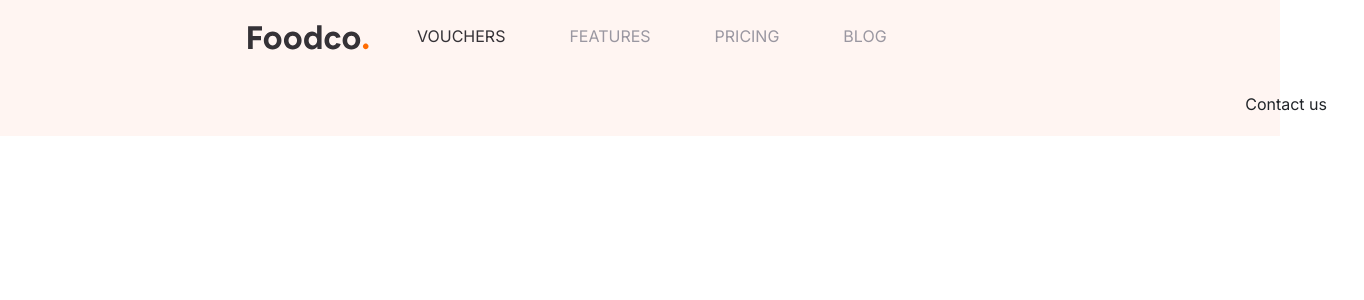
Repository: badhon252/Foodco
Page: index.html
These files come from the project's save history. The page is drawn as it stood at one moment and after the next save; the edit follows.
The browser window is 1280 px wide. The page is 1364 px wide, so the pictures cover 1364 px, including what lies to the right of the window. The pictures show the whole page.
The style sheet was rebuilt from its Sass, Less or Tailwind sources for each picture, by a compiler version that may differ from the author's.

Above is the page before, as saved 2022-09-15 15:15:48.

### index.html
<!DOCTYPE html>
<html lang="en">

<head>
    <meta charset="UTF-8">
    <meta http-equiv="X-UA-Compatible" content="IE=edge">
    <meta name="viewport" content="width=device-width, initial-scale=1.0">
    <!-- bootstrap cdn link  -->
    <!-- I'm using bootstrap 5 for this project, Let's code!  -->
    <!-- CSS only -->
    <link href="https://cdn.jsdelivr.net/npm/bootstrap@5.2.1/dist/css/bootstrap.min.css" rel="stylesheet"
        integrity="sha384-iYQeCzEYFbKjA/T2uDLTpkwGzCiq6soy8tYaI1GyVh/UjpbCx/TYkiZhlZB6+fzT" crossorigin="anonymous">

    <link rel="stylesheet" href="scss/style.css">
    <title>FoodCo</title>
</head>

<body>

    <main id="header">
        <header class="container">






            <nav class="navbar navbar-expand-lg py-3">
                <div class="container-fluid">
                    <a class="navbar-brand" href="#"><img src="./image/logo.svg" alt=""></a>
                    <button class="navbar-toggler" type="button" data-bs-toggle="collapse" data-bs-target="#navbarNav"
                        aria-controls="navbarNav" aria-expanded="false" aria-label="Toggle navigation">
                        <span class="navbar-toggler-icon"></span>
                    </button>
                    <div class="collapse navbar-collapse" id="navbarNav">
                        <ul class="navbar-nav">
                            <li class="nav-item">
                                <a class="nav-link active" aria-current="page" href="#">Vouchers</a>
                            </li>
                            <li class="nav-item">
                                <a class="nav-link" href="#">Features</a>
                            </li>
                            <li class="nav-item">
                                <a class="nav-link" href="#">Pricing</a>
                            </li>
                            <li class="nav-item">
                                <a class="nav-link disabled">Blog</a>
                            </li>
                        </ul>
                    </div>
                </div>
            </nav>



            <nav class="navbar ">


                <li class="nav-item"><a href="" class="nav-link link active"></a></li>
                <li class="nav-item"><a href="" class="nav-link link"></a></li>
                <li class="nav-item"><a href="" class="nav-link link"></a></li>
                <li class="nav-item"><a href="" class="nav-link link"></a></li>
                <button class="btn">Contact us</button>

            </nav>
            <div class="div header-content">
                <div class="row">
                    <div class="col-md-6"></div>
                    <div class="col-md-6"></div>
                </div>
            </div>
        </header>
    </main>

</body>

</html>

### scss/style.scss
@import url("https://fonts.googleapis.com/css2?family=Inter:wght@400;600;700;800;900&display=swap");
@font-face {
  font-family: circular;
  src: url(../fonts/Circular_Std_Font.otf);
}
@font-face {
  font-family: AirbnbCereal_W_Bd;
  src: url(../fonts/AirbnbCereal_W_Bd.otf);
}
@font-face {
  font-family: AirbnbCereal_W_Bk;
  src: url(../fonts//AirbnbCereal_W_Bk.otf);
}
@font-face {
  font-family: AirbnbCereal_W_Blk;
  src: url(../fonts/AirbnbCereal_W_Blk.otf);
}
@font-face {
  font-family: AirbnbCereal_W_Lt;
  src: url(../fonts/AirbnbCereal_W_Lt.otf);
}
@font-face {
  font-family: AirbnbCereal_W_Md;
  src: url(../fonts/AirbnbCereal_W_Md.otf);
}
@font-face {
  font-family: AirbnbCereal_W_XBd;
  src: url(../fonts/AirbnbCereal_W_XBd.otf);
}
* {
  margin: 0;
  padding: 0;
  box-sizing: border-box;
  font-family: "Inter", sans-serif;
  //   font-family: circular;
}
.container {
  margin: 2rem 14rem;
}
.btn,
.link {
  cursor: pointer;
}
.link {
  text-decoration: none;
  color: #353237;
}
.btn {
  outline: none;
  border: none;
  padding: 12px 25px;
  font-size: 1rem;
  font-weight: 400;
}
.active {
  color: #353237 !important;
}
li {
  list-style-type: none;
}
.py-1 {
  padding: 1rem 0;
}
.py-2 {
  padding: 2rem 0;
}
.py-3 {
  padding: 3rem 0;
}
.py-4 {
  padding: 4rem 0;
}
.my-1 {
  margin: 1rem 0;
}
.my-1 {
  margin: 1rem 0;
}
.my-2 {
  margin: 2rem 0;
}
.my-3 {
  margin: 3rem 0;
}
.my-4 {
  margin: 4rem 0;
}
.my-5 {
  margin: 5rem 0;
}

// =======================
//===========================
#header {
  background-color: #fff5f2;

  .container {
    margin: 0 14rem;
  }
  .navbar {
    display: flex;
    justify-content: space-between;
    align-items: center;
    .navbar-nav {
      display: flex;
      align-items: center;
      .nav-item {
        margin: 0 1.5rem;
        .nav-link {
          font-weight: 500;
          font-size: 1rem;
          line-height: 20px;
          text-transform: uppercase;
          color: #9a97a1;
          //   color: #353237;
          &:hover {
            color: #353237;
          }
        }
      }
      .btn {
        background-color: #7b4cdf;
        border-radius: 20.5px;
        color: #fff;
        margin-left: 2rem;
        padding: 11px 21px;
      }
    }
  }
}

After the next save:
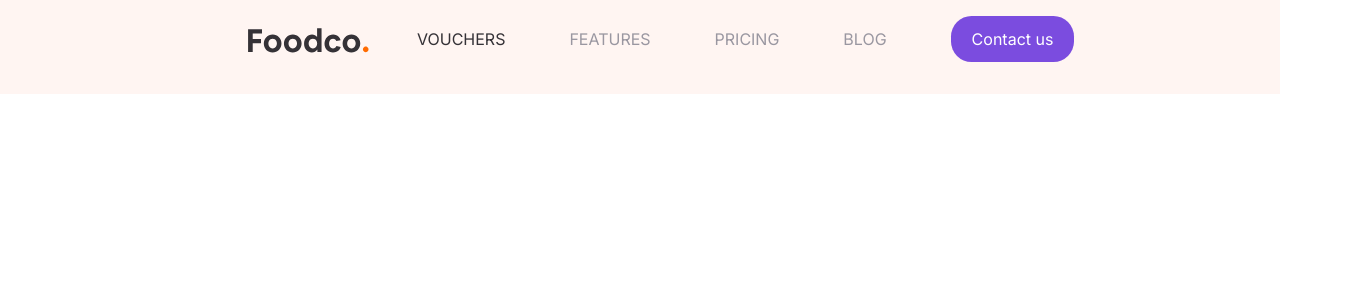
Saved 17 s later.
--- a/index.html
+++ b/index.html
@@ -45,7 +45,7 @@
                             </li>
                             <li class="nav-item">
                                 <a class="nav-link disabled">Blog</a>
-                            </li>
+                            </li><button class="btn">Contact us</button>
                         </ul>
                     </div>
                 </div>
@@ -60,7 +60,7 @@
                 <li class="nav-item"><a href="" class="nav-link link"></a></li>
                 <li class="nav-item"><a href="" class="nav-link link"></a></li>
                 <li class="nav-item"><a href="" class="nav-link link"></a></li>
-                <button class="btn">Contact us</button>
+
 
             </nav>
             <div class="div header-content">
